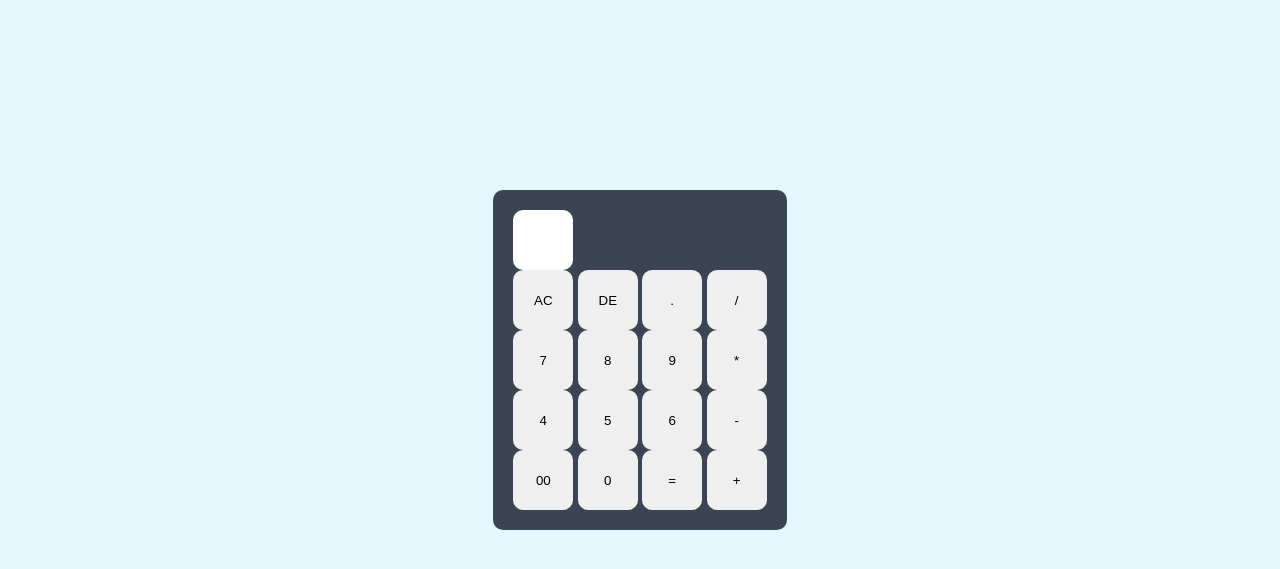
Repository: YAAMAR/calculator
Page: index.html
These files come from the project's save history. The page is drawn as it stood at one moment and after the next save; the edit follows.
The browser window is 1280 px wide. The pictures show the whole page.

Above is the page before, as saved 2024-05-02 21:33:05.

After the next save:
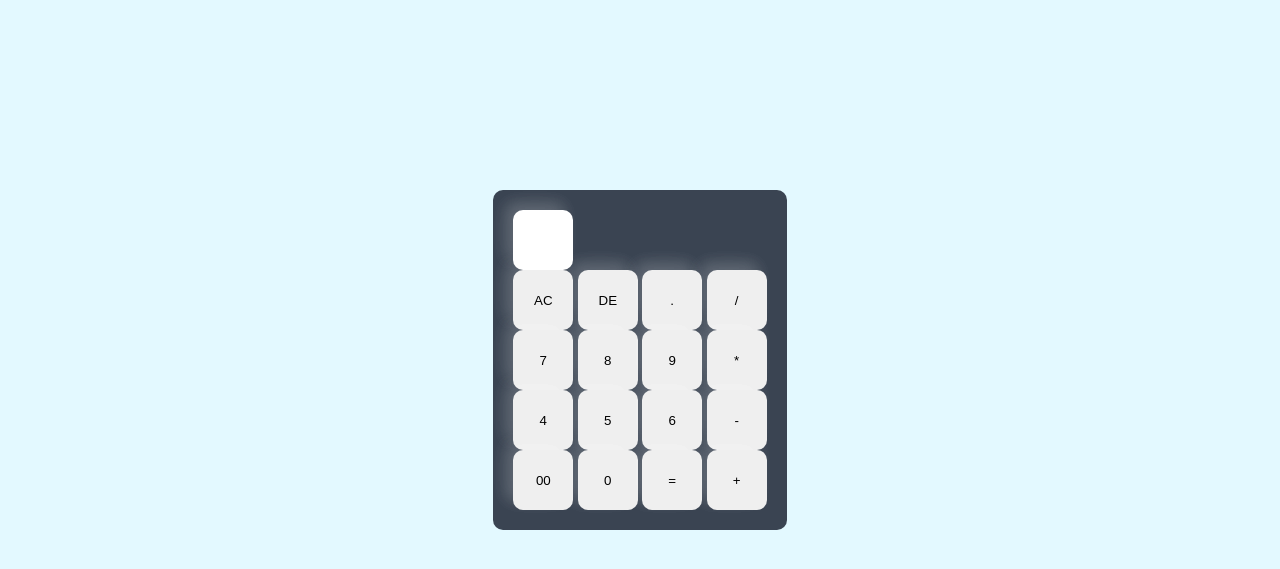
Saved 19 s later.
--- a/style.css
+++ b/style.css
@@ -23,5 +23,5 @@
     width: 60px;
     height: 60px;
     border-radius: 10px;
-    box-shadow: -8px -8px 15px rgba(255, 255, 255, 0.1),;
+    box-shadow: -8px -8px 15px rgba(255, 255, 255, 0.1),-8px -8px 15px rgba(255, 255, 255, 0.1);
 }
